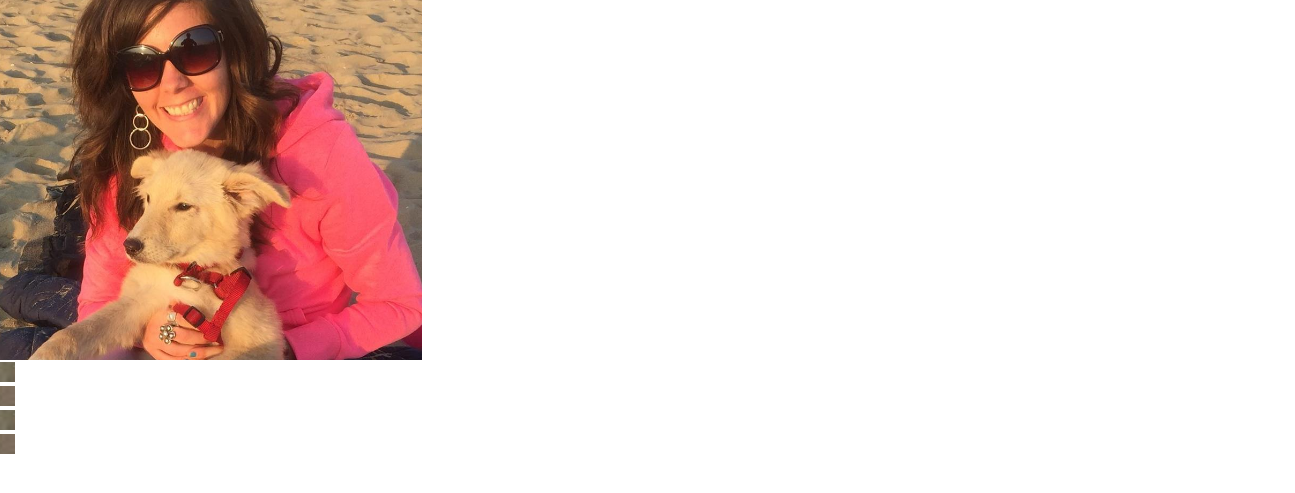
Repository: grisselfaura/Resume-Project-Introduction
Page: index.html
The author's editor kept a record of every edit. The page is drawn from the files as they stood at one moment, then again after the next edit.
The browser window is 1280 px wide. The page is 1295 px wide, so the pictures cover 1295 px, including what lies to the right of the window. The pictures show the whole page.

Above is the page before.

After the next edit:
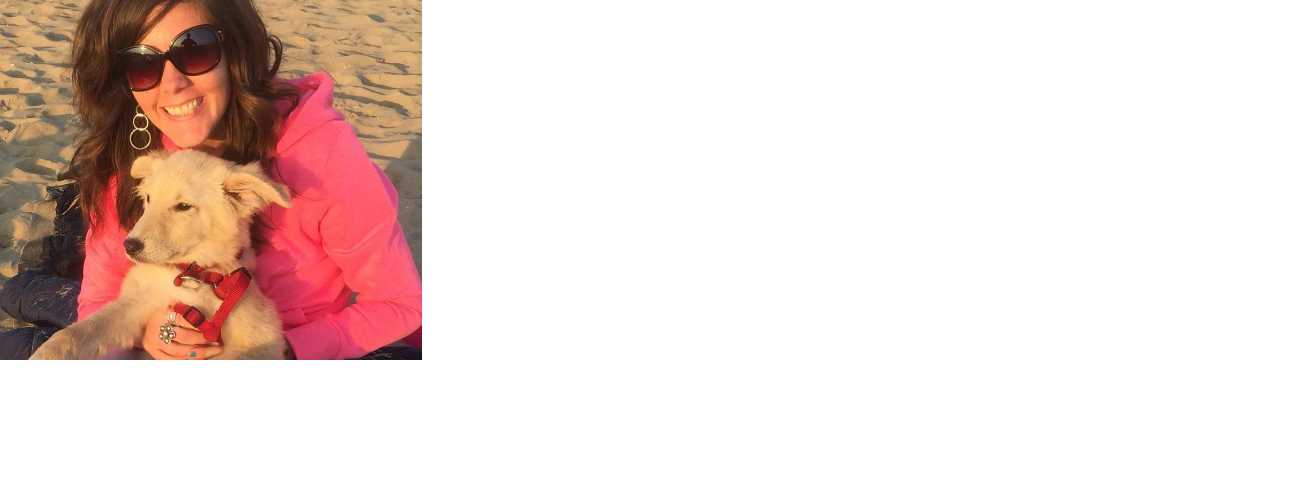
The edit:
--- a/index.html
+++ b/index.html
@@ -13,8 +13,7 @@
     <header>
        <div class="row">
            <a href="index.html" class="col-md-4 logo">
-
-           </div>
+           </a>
            <div class="col-md-8">
 
            </div>
